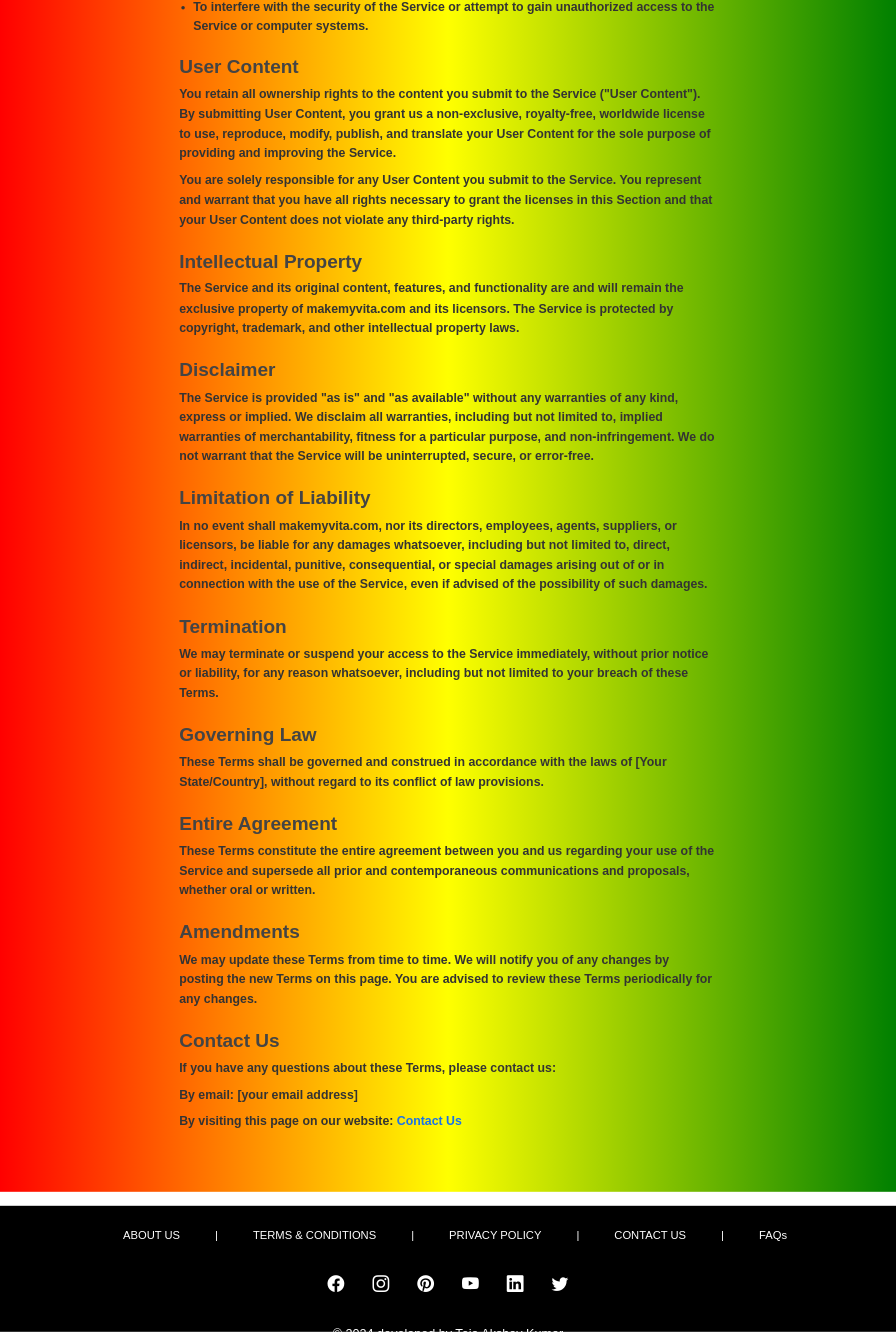
Repository: Tejaakshaykumar/MakeMyVita-Resume-Builder-Website
Page: /T&C (app in frontend/)
The author's editor kept a copy of each file at every save. The page is drawn from the files as they stood at one save, then again after the next save.
The browser window is 1280 px wide. The pictures show the part of the page from y = 1041 to 2961 px (the page is 2961 px tall before and 2936 px after), at 70% of full size.
Some web libraries are served in a nearby version. The project was rebuilt for these pictures with package versions that can differ from the ones it lists, and the page was loaded fresh each time. Also part of the build but not shown: frontend/src/App.css, frontend/src/containers/About.js, frontend/src/containers/Buildresume.js, frontend/src/containers/Images.js, frontend/src/containers/Features.js, frontend/src/containers/Review.js, frontend/src/containers/Trybox.js, frontend/src/containers/Motionbox.js and 5 more.

Above is the page before, as saved 2024-06-10 11:42:36.

### frontend/public/index.html
<!DOCTYPE html>
<html lang="en">
  <head>
    <meta charset="utf-8" />
    <link rel="icon" href="%PUBLIC_URL%/favicon.ico" />
    <meta name="viewport" content="width=device-width, initial-scale=1" />
    <meta name="theme-color" content="#000000" />
    <meta
      name="description"
      content="Web site created using create-react-app"
    />
    <link rel="apple-touch-icon" href="%PUBLIC_URL%/logo192.png" />
    <!--
      manifest.json provides metadata used when your web app is installed on a
      user's mobile device or desktop. See https://developers.google.com/web/fundamentals/web-app-manifest/
    -->
    <link rel="manifest" href="%PUBLIC_URL%/manifest.json" />
    <link rel="stylesheet" href="https://stackpath.bootstrapcdn.com/bootstrap/4.5.2/css/bootstrap.min.css">
  <link rel="stylesheet" href="https://stackpath.bootstrapcdn.com/font-awesome/4.7.0/css/font-awesome.min.css">
  <link href="https://cdn.jsdelivr.net/npm/bootstrap@5.3.3/dist/css/bootstrap.min.css" rel="stylesheet" integrity="sha384-QWTKZyjpPEjISv5WaRU9OFeRpok6YctnYmDr5pNlyT2bRjXh0JMhjY6hW+ALEwIH" crossorigin="anonymous">
  <link href="https://cdn.jsdelivr.net/npm/bootstrap-icons@1.7.2/font/bootstrap-icons.css" rel="stylesheet">
    <!--
      Notice the use of %PUBLIC_URL% in the tags above.
      It will be replaced with the URL of the `public` folder during the build.
      Only files inside the `public` folder can be referenced from the HTML.

      Unlike "/favicon.ico" or "favicon.ico", "%PUBLIC_URL%/favicon.ico" will
      work correctly both with client-side routing and a non-root public URL.
      Learn how to configure a non-root public URL by running `npm run build`.
    -->
    <title>React App</title>
  </head>
  <body>
    <noscript>You need to enable JavaScript to run this app.</noscript>
    <div id="root"></div>
    <!--
      This HTML file is a template.
      If you open it directly in the browser, you will see an empty page.

      You can add webfonts, meta tags, or analytics to this file.
      The build step will place the bundled scripts into the <body> tag.

      To begin the development, run `npm start` or `yarn start`.
      To create a production bundle, use `npm run build` or `yarn build`.
    -->
  </body>
  <script src="https://cdn.jsdelivr.net/npm/bootstrap@5.3.3/dist/js/bootstrap.bundle.min.js" integrity="sha384-YvpcrYf0tY3lHB60NNkmXc5s9fDVZLESaAA55NDzOxhy9GkcIdslK1eN7N6jIeHz" crossorigin="anonymous"></script>
</html>

### frontend/src/containers/Navbar.js
import React from 'react';
import { useNavigate } from 'react-router-dom';
import logo from '../images/HubSpot Brand Kit/Logo/PNG/main-logo-white-transparent.png';
export default function Navbar() {
  const navigate = useNavigate();
  const handleSigninClick = () => {
    navigate('/signin');
  };
  return (
    <div>

      <nav className="navbar fixed-top navbar-expand-lg bg-body-tertiary" data-bs-theme="dark" >
      <div className="container-fluid" >
        <a className="navbar-brand" href="/">
        <img src={logo} alt="Logo" style={{height:'5vh',width:'15vh',objectFit:'cover'}} />
        </a>
        <button
          className="navbar-toggler"
          type="button"
          data-bs-toggle="collapse"
          data-bs-target="#navbarSupportedContent"
          aria-controls="navbarSupportedContent"
          aria-expanded="false"
          aria-label="Toggle navigation"
        >
          <span className="navbar-toggler-icon" />
        </button>
        <div className="collapse navbar-collapse" id="navbarSupportedContent">
          <ul className="navbar-nav me-auto mb-2 mb-lg-0">
            <li className="nav-item">
              <a className="nav-link active" aria-current="page" href="/">
                Home
              </a>
            </li>
            <li className="nav-item">
              <a className="nav-link active" aria-current="page" href="#">
                ContactUs
              </a>
            </li>
            <li className="nav-item">
              <a className="nav-link active" aria-current="page" href="/FAQ">
                FAQ
              </a>
            </li>
          </ul>
          <form className="d-flex">
            <button className=" btn btn-outline-success custom-btn" type="submit" onClick={handleSigninClick}>
            &nbsp;&nbsp;&nbsp;&nbsp;&nbsp;Signin&nbsp;&nbsp;&nbsp;&nbsp;&nbsp;
            </button>
          </form>
        </div>
      </div>
    </nav>

    </div>
  );
}

### frontend/src/containers/Foot.js
import React from 'react';
import './cont.css'; // Import the CSS file

export default function Foot() {
  return (
    <footer>
      <div className="footer-container ">
        <ul className="footer-nav">
        <li className="nav-item">
            <a className="nav-link" href="/aboutus">
              ABOUT US
            </a>
          </li>
          <>|</>
          <li className="nav-item">
            <a className="nav-link" href="/T&C">
              TERMS & CONDITIONS
            </a>
          </li>
          <>|</>
        <li className="nav-item">
            <a className="nav-link" href="/privacy">
              PRIVACY POLICY
            </a>
          </li>
          <>|</>
          <li className="nav-item">
            <a className="nav-link" href="#">
              CONTACT US
            </a>
          </li>
          <>|</>
          <li className="nav-item">
            <a className="nav-link" href="/FAQ">
              FAQs
            </a>
          </li>
        </ul>
        <div class="social-icons">
        <a href="https://www.facebook.com" target="_blank" aria-label="Facebook">
          <i class="bi bi-facebook"></i>
        </a>
        <a href="https://www.instagram.com" target="_blank" aria-label="Instagram">
          <i class="bi bi-instagram"></i>
        </a>
        <a href="https://www.pinterest.com" target="_blank" aria-label="Pinterest">
          <i class="bi bi-pinterest"></i>
        </a>
        <a href="https://www.youtube.com" target="_blank" aria-label="YouTube">
          <i class="bi bi-youtube"></i>
        </a>
        <a href="https://www.linkedin.com" target="_blank" aria-label="LinkedIn">
          <i class="bi bi-linkedin"></i>
        </a>
        <a href="https://www.twitter.com" target="_blank" aria-label="Twitter">
          <i class="bi bi-twitter"></i>
        </a>
      </div>
      <div className="footer-copy">
          &copy; 2024 developed by Teja Akshay Kumar
      </div>
      </div>
    </footer>
  );
}

### frontend/src/containers/cont.css
/* navbar */
.custom-btn {
  color: white;
}
.custom-btn:hover {
  color: black;
  background-color: white;
}

.footer-container {
  height: 25vh;
  width: 100%;
  background-color: rgb(0, 0, 0);
  color: white;
  display: flex;
  flex-direction: column;
  align-items: center;
  /* padding-bottom: 3%; */
  /* justify-content: center; */
}

.footer-nav {
  display: flex;
  list-style: none;
  padding-top: 30px;
  margin: 0;
}

.footer-nav .nav-item {
  margin: 0 50px;
}

.footer-nav .nav-item .nav-link {
  color: white;
  text-decoration: none;
  /* text-transform: uppercase; */
  /* text-decoration: underline; */
}

.footer-nav .nav-item .nav-link:hover {
  text-decoration: underline;
}

.footer-copy {
  /* padding-top: 5%; */
  text-align: center;
  font-size: large;
  font-weight: 500;
  /* padding-bottom: 3%; */
}

.social-icons {
  display: flex;
  justify-content: center;
  gap: 40px;
  padding: 40px;
  /* background-color: #f0f0f0; */
}

.social-icons a {
  color: #ffffff;
  font-size: 24px;
  text-decoration: none;
}

.social-icons a:hover {
  color: #007bff;
}

/* Features */

.feature-component {
  height: 90vh;
  width: 100%;
  display: flex;
  justify-content: flex-start;
  flex-wrap: wrap;
  margin-top: 10%;
  padding-left: 8%;
  padding-right: 8%;
}
.feature {
  flex: 1 1 30%;
  box-sizing: border-box;
  padding: 20px;
  margin: 10px;
  text-align: center;
  background-color: #fff;
  border-radius: 8px;
  /* box-shadow: 0 4px 8px rgba(0, 0, 0, 0.1); */
}

.feature img {
  width: 60px;
  height:80px;
  margin-bottom: 10px;
}

.feature h3 {
  font-size: 1.5em;
  margin-bottom: 10px;
  font-weight: 500;
  font-family:'Franklin Gothic Medium', 'Arial Narrow', Arial, sans-serif;
}

.feature p {
  font-size: 1.3em;
  color: #666;
  font-weight: 400;
  font-family: 'Gill Sans', 'Gill Sans MT', Calibri, 'Trebuchet MS', sans-serif;
}

.feature:hover {
  background: linear-gradient(to right, #fd4908, #1e90ff);
  box-shadow: black;
  border-radius: 5%;
  color: rgb(255, 255, 255);
}

.feature:hover h3,
.feature:hover p {
  color: rgb(255, 255, 255);
}

/* About */
.resume-builder-container {
  display: flex;
  flex-direction: row;
  justify-content: space-between;
  align-items: center;
  padding: 10vh;
  /* background-color: #fff; */
  background: linear-gradient(to right, #84eefc, #ffffff, #ffffff);
  /* background:linear-gradient(to left, #00e1ff,#ffffff, #ffffff); */
  /* border: 1px solid #ddd; */
  /* border-radius: 8px; */
  /* box-shadow: 0 2px 4px rgba(0, 0, 0, 0.1); */
  height: 80vh;
}

.resume-builder-container1 {
  display: flex;
  flex-direction: row;
  justify-content: space-between;
  align-items: center;
  padding: 10vh;
  height: 80vh;
  background: linear-gradient(to top, #ffffff, #59CE8F,#E8F9FD, #ffffff);
}

/* .resume-builder-image {
    -webkit-mask-image: radial-gradient(circle, rgba(0, 0, 0, 1) 50%, rgba(0, 0, 0, 0) 90%);
    mask-image: radial-gradient(circle, rgba(0, 0, 0, 1) 50%, rgba(0, 0, 0, 0) 90%);
  }
   */
.resume-builder-content {
  max-width: 60%;
  padding: 10%;
}

.resume-builder-content1 {
  max-width: 70%;
  padding: 10%;
}

.resume-builder-content h1 {
  font-size: 4em;
  color: #333;
  margin-bottom: 10px;
  font-family: "Franklin Gothic Medium", "Arial Narrow", Arial, sans-serif;
  text-align: left;
}

.resume-builder-content p {
  font-size: 1.4em;
  font-weight: 400;
  color: #666;
  line-height: 1.5;
  margin-bottom: 20px;
  /* padding-left: 2%; */
  /* text-align: center; */
}

.resume-builder-content1 h1 {
  font-size: 4em;
  color: #333;
  margin-bottom: 10px;
  font-family: "Franklin Gothic Medium", "Arial Narrow", Arial, sans-serif;
  text-align: left;
}

.resume-builder-content1 p {
  font-size: 1.4em;
  font-weight: 400;
  color: #666;
  line-height: 1.5;
  margin-bottom: 20px;
  /* padding-left: 2%; */
  /* text-align: center; */
}

.aboutbutton {
  height: 6vh;
  width: 27%;
  margin-left: 20%;
  margin-top: 2%;
  text-align: center;
  font-weight: 500;
  border-radius: 7px;
  color: #ffffff;
  font-weight: 700;
  transition: background 0.3s ease;
  /* border-style:solid; */
  border-color: white;
  background: #3e14fc;
  box-shadow: 0 2px 6px rgba(24, 23, 23, 0.801);
  /* box-shadow: #3e14fc; */
}
.aboutbutton:hover {
  transition: background 0.3s ease;
  border-style: solid;
  background: linear-gradient(to right, #ffd000, #ff0000);
  box-shadow: #3e14fc;
}

.create-now-button {
  background-color: #00b0ff;
  color: #fff;
  border: none;
  padding: 10px 20px;
  font-size: 1em;
  border-radius: 5px;
  cursor: pointer;
}

.create-now-button:hover {
  background-color: #008cba;
}

.resume-builder-image {
  max-width: 40%;
}

.resume-builder-image img {
  max-width: 100%;
  height: auto;
  border-radius: 8px;
}

.text-gradient {
  background: linear-gradient(to right, #ff7f50, #1e90ff);
  -webkit-background-clip: text;
  -webkit-text-fill-color: transparent;
  background-clip: text;
  color: transparent;
}

.icon-container {
  width: 100%;
  height: 100px;
  overflow: hidden;
  white-space: nowrap;
  position: relative;
  background-color: #ffffff;
  padding-bottom: 25px;
}

.icons {
  display: inline-block;
  animation: moveIcons 40s linear infinite;
}

.icons img {
  font-size: 24px;
  margin: 0 15px; /* Add some margin between icons */
  color: #333;
  /* width: 100px; Adjust the size as needed */
  height: 50px;
}

@keyframes moveIcons {
  0% {
    transform: translateX(70%);
  }
  100% {
    transform: translateX(-100%);
  }
}

.try {
  height: 30vh;
  width: 100%;
  background-image: url("C:/Users/tejaa/Downloads/pexels-magda-ehlers-pexels-1279813.jpg");
  background-size: cover;
  align-items: center;
  display: flex;
  flex-direction: column;
  justify-content: center;
  margin-bottom: 7vh;
  margin-top: 5vh;
}

.try h2 {
  font-size: 280%;
  color: antiquewhite;
  text-shadow: 5px 5px 3px rgba(0, 0, 0, 0.3);
}
.try button {
  height: 4vh;
  width: 15%;
  font-weight: 700;
  border-radius: 5cm;
  color: blanchedalmond;
  border: #ffffff;
  background: linear-gradient(to right, #fd0808, #a51eff);
}

/* Review */
/* Styles for the main container */
/* Swiper specific styles */
/* #App {
  height: 100%;
}
html,
body {
  position: relative;
  height: 100%;
}

body {
  background: #eee;
  font-family: Helvetica Neue, Helvetica, Arial, sans-serif;
  font-size: 14px;
  color: #000;
  margin: 0;
  padding: 0;
} */
.swiper-container {
  /* position: relative; */
  height: 30vh;
  background: #ffffff;
  font-family: Helvetica Neue, Helvetica, Arial, sans-serif;
  font-size: 14px;
  color: #000;
  margin: 30px;
  padding: 10px;
  display: flex;
  flex-direction: row;
  justify-content: center;
}

.swiper {
  width: 100%;
  height: 100%;
}

.swiper-slide {
  text-align: center;
  font-size: 18px;
  background: #ffffff;
  display: flex;
  justify-content: center;
  align-items: center;
  padding-top: 20%;
  /* margin: 5%; */
}

.swiper-slide img {
  display: block;
  width: 100%;
  height: 100%;
  object-fit: cover;
}

.autoplay-progress {
  position: absolute;
  right: 16px;
  bottom: 16px;
  z-index: 10;
  width: 48px;
  height: 48px;
  display: flex;
  align-items: center;
  justify-content: center;
  font-weight: bold;
  color: var(--swiper-theme-color);
}

.autoplay-progress svg {
  --progress: 0;
  position: absolute;
  left: 0;
  top: 0px;
  z-index: 10;
  width: 100%;
  height: 100%;
  stroke-width: 4px;
  stroke: var(--swiper-theme-color);
  fill: none;
  stroke-dashoffset: calc(125.6px * (1 - var(--progress)));
  stroke-dasharray: 125.6;
  transform: rotate(-90deg);
}

### frontend/src/pages/pagestyles.css
/* TandC */
.tandc {
  background: linear-gradient(to right,red,yellow,green);
}
.tandc-container {
    max-width: 100%;
    /* margin: 0 auto; */
    padding: 6% 20%;
    font-family: Arial, sans-serif;
    color: #333;
    /* margin-top: 7%; */
  }

  .tandc-container h1 {
    text-align: center;
    margin-bottom: 20px;
    font-weight: 700;
    font-size: 5rem;
  }

  .tandc-container h2 {
    margin-top: 30px;
    color: #444;
    font-weight: 700;
    font-size: 1.7rem;
  }

  .tandc-container p {
    line-height: 1.6;
    font-weight: 600;
    font-size: 1.1rem;
  }

  .tandc-container ul {
    list-style-type: disc;
    padding-left: 20px;
    font-weight: 600;
    font-size: 1.1rem;
  }

  .tandc-container a {
    color: #1a73e8;
    text-decoration: none;
  }

  .tandc-container a:hover {
    text-decoration: underline;
  }


  /* Privacy */
  .privacy-container {
    max-width: 800px;
    margin: 0 auto;
    padding: 20px;
    font-family: 'Arial', sans-serif;
    color: #333;
    line-height: 1.6;
    background-color: #fff;
    border-radius: 8px;
    box-shadow: 0 0 10px rgba(0, 0, 0, 0.1);
  }

  h1 {
    text-align: center;
    color: #333;
    font-size: 2.5rem;
    margin-bottom: 20px;
  }

  h2 {
    color: #444;
    font-size: 1.75rem;
    margin-top: 20px;
  }

  h3 {
    color: #555;
    font-size: 1.5rem;
    margin-top: 15px;
  }

  p {
    margin-bottom: 10px;
  }

  ul {
    list-style-type: disc;
    padding-left: 20px;
  }

  a {
    color: #1a73e8;
    text-decoration: none;
  }

  a:hover {
    text-decoration: underline;
  }

  @media (max-width: 600px) {
    .privacy-container {
      padding: 10px;
    }

    h1 {
      font-size: 2rem;
    }

    h2 {
      font-size: 1.5rem;
    }

    h3 {
      font-size: 1.25rem;
    }
  }

  /* Aboutus */
  .about-container {
    font-family: 'Arial', sans-serif;
    color: #fff;
    max-width: 1200px;
    margin: 0 auto;
    padding: 20px;
    background-color: #000; /* For overall contrast, adjust as needed */
  }

  .about-top {
    position: relative;
    text-align: center;
    color: white;
  }

  .about-image {
    width: 100%;
    height: auto;
    border-radius: 10px;
    opacity: 0.8;
  }

  .about-content {
    position: absolute;
    top: 50%;
    left: 50%;
    transform: translate(-50%, -50%);
    background-color: rgba(0, 0, 0, 0.5); /* Semi-transparent background */
    padding: 20px;
    border-radius: 10px;
    max-width: 90%;
    text-align: left;
  }

  .about-content h1 {
    font-size: 3rem;
    margin-bottom: 10px;
  }

  .about-content p {
    font-size: 1.2rem;
  }

  .about-bottom {
    background-color: #222;
    padding: 40px;
    border-radius: 10px;
    margin-top: 20px;
  }

  .about-bottom h2 {
    font-size: 2rem;
    margin-bottom: 20px;
  }

  .about-bottom p,
  .about-bottom ul {
    font-size: 1.2rem;
    line-height: 1.6;
  }

  .about-bottom ul {
    list-style-type: disc;
    padding-left: 20px;
  }

  .about-bottom h3 {
    font-size: 1.5rem;
    margin-top: 20px;
  }

  @media (max-width: 768px) {
    .about-content h1 {
      font-size: 2rem;
    }

    .about-content p {
      font-size: 1rem;
    }

    .about-bottom h2 {
      font-size: 1.5rem;
    }

    .about-bottom p,
    .about-bottom ul {
      font-size: 1rem;
    }
  }

  /* FAQ */
  /* styles.css */

/* body, html {
  margin: 0;
  padding: 0;
  font-family: Arial, sans-serif;
  background-color: #f7f7f7;
}

.app {
  display: flex;
  justify-content: center;
  align-items: center;
  min-height: 100vh;
  padding: 20px;
} */

.faq-container {
  background-color: white;
  padding: 20px;
  border-radius: 8px;
  max-width: 800px;
  width: 100%;
  box-shadow: 0 4px 8px rgba(0, 0, 0, 0.1);
}

.faq-container h1 {
  text-align: center;
  margin-bottom: 20px;
}

.faq-container input {
  width: 100%;
  padding: 10px;
  margin-bottom: 20px;
  border: 1px solid #ccc;
  border-radius: 4px;
}

.faq-list {
  max-height: 500px;
  overflow-y: auto;
}

.faq-item {
  border-bottom: 1px solid #eee;
  padding: 10px 0;
}

.faq-question {
  cursor: pointer;
  font-weight: bold;
}

.faq-answer {
  margin-top: 10px;
}

.related-articles {
  margin-top: 10px;
}

.related-articles h4 {
  margin-bottom: 5px;
}

.related-articles ul {
  padding-left: 20px;
  margin: 0;
}

.related-articles li {
  list-style-type: disc;
}



  /* Dashboard */
  body {
    font-family: Arial, sans-serif;
  }

  .sidebar {
    position: fixed;
    top: 0;
    bottom: 0;
    left: 0;
    z-index: 100;
    padding: 48px 0 0;
    box-shadow: inset -1px 0 0 rgba(0, 0, 0, .1);
  }

  .sidebar .nav-link {
    font-weight: 500;
    color: #333;
  }

  .sidebar .nav-link.active {
    color: #007bff;
  }

  .sidebar .nav-link:hover {
    color: #007bff;
  }

  .sidebar .sidebar-title {
    padding: 16px;
    font-size: 1.5rem;
    text-align: center;
  }

  .sidebar-footer {
    position: absolute;
    bottom: 0;
    width: 100%;
    padding: 16px;
    text-align: center;
  }

  .sidebar-footer .nav-link {
    color: #007bff;
  }

  .sidebar-footer .nav-link:hover {
    color: #0056b3;
  }

  .badge-new {
    background-color: #28a745;
    color: white;
    padding: 4px 8px;
    border-radius: 12px;
  }

  .card {
    margin-bottom: 1.5rem;
  }

  .card-title {
    font-size: 1.5rem;
    font-weight: bold;
  }

  .alert {
    margin-bottom: 0;
    font-size: 0.875rem;
  }

  @media (max-width: 767.98px) {
    .sidebar {
      position: relative;
      width: 100%;
      height: auto;
    }

    .sidebar .nav-link {
      font-size: 0.875rem;
    }
  }


  /* Signin */


  .signin {
    /* background: linear-gradient(45deg, #a1c4fd, #c2e9fb); */
    font-family: 'Arial', sans-serif;
    /* background:linear-gradient(to top,#000000,#5A72A0,#83B4FF,#FDFFE2); */
    background:linear-gradient(to top,#000000,#243763);
    /* background:linear-gradient(to top,#000000,#E96479,#F5E9CF,#c4fffd); */

    height: 100vh;
    display: flex;
    justify-content: center;
    align-items: center;
    margin-bottom: -2%;
  }

  .signin-container {
    text-align: center;

  }

  .signin-box {
    background: #fff;
    padding: 40px;
    border-radius: 8px;
    box-shadow: 0px 0px 20px rgba(0, 0, 0, 0.301);
    width: 500px;
    max-width: 90%;
  }

  .signin-header h2 {
    font-size: 24px;
    font-weight: 700;
    margin-bottom: 10px;
  }

  .signin-header p {
    font-size: 14px;
    color: #777;
    margin-bottom: 20px;
  }

  .form-group {
    margin-bottom: 15px;
  }

  .form-group label {
    display: block;
    text-align: left;
    margin-bottom: 5px;
  }

  .form-control {
    width: 100%;
    padding: 10px;
    border: 1px solid #ccc;
    border-radius: 4px;
    box-sizing: border-box;
  }

  .input-group {
    display: flex;
    align-items: center;
  }

  .input-group-append {
    background: #fff;
    border: 1px solid #ccc;
    border-left: 0;
    padding: 10px;
    border-radius: 0 4px 4px 0;
    cursor: pointer;
  }

  .form-check {
    display: flex;
    align-items: center;
    justify-content: space-between;
    margin: 20px 0;
  }

  .form-check-input {
    margin-right: 10px;
  }

  .form-check-label {
    margin-right: auto;
  }

  .forgot-password {
    color: #000;
    text-decoration: none;
  }

  .btn {
    width: 100%;
    padding: 10px;
    border: none;
    border-radius: 4px;
    cursor: pointer;
    font-size: 16px;
    font-weight: bold;
  }

  .btn-primary {
    background: #000;
    color: #fff;
  }

  .or-use {
    margin: 20px 0;
  }

  .or-use span {
    background: #fff;
    padding: 0 10px;
    color: #777;
  }

  .social-login {
    display: flex;
    justify-content: center;
    margin: 20px 0;
  }

  .social-login button {
    margin: 0 10px;
    width: 50px;
    height: 50px;
    border-radius: 50%;
    border: 1px solid #ccc;
    display: inline-flex;
    justify-content: center;
    align-items: center;
    background: #fff;
    cursor: pointer;
  }

  footer {
    margin-top: 20px;
  }

  footer p {
    font-size: 14px;
    color: #777;
  }

Loaded but not shown: frontend/src/index.js (common file); frontend/src/index.css (common file); frontend/src/reportWebVitals.js (common file); frontend/src/pages/TandC.js (108 lines, source omitted); frontend/src/App.js (99 lines, source omitted)

After the next save:
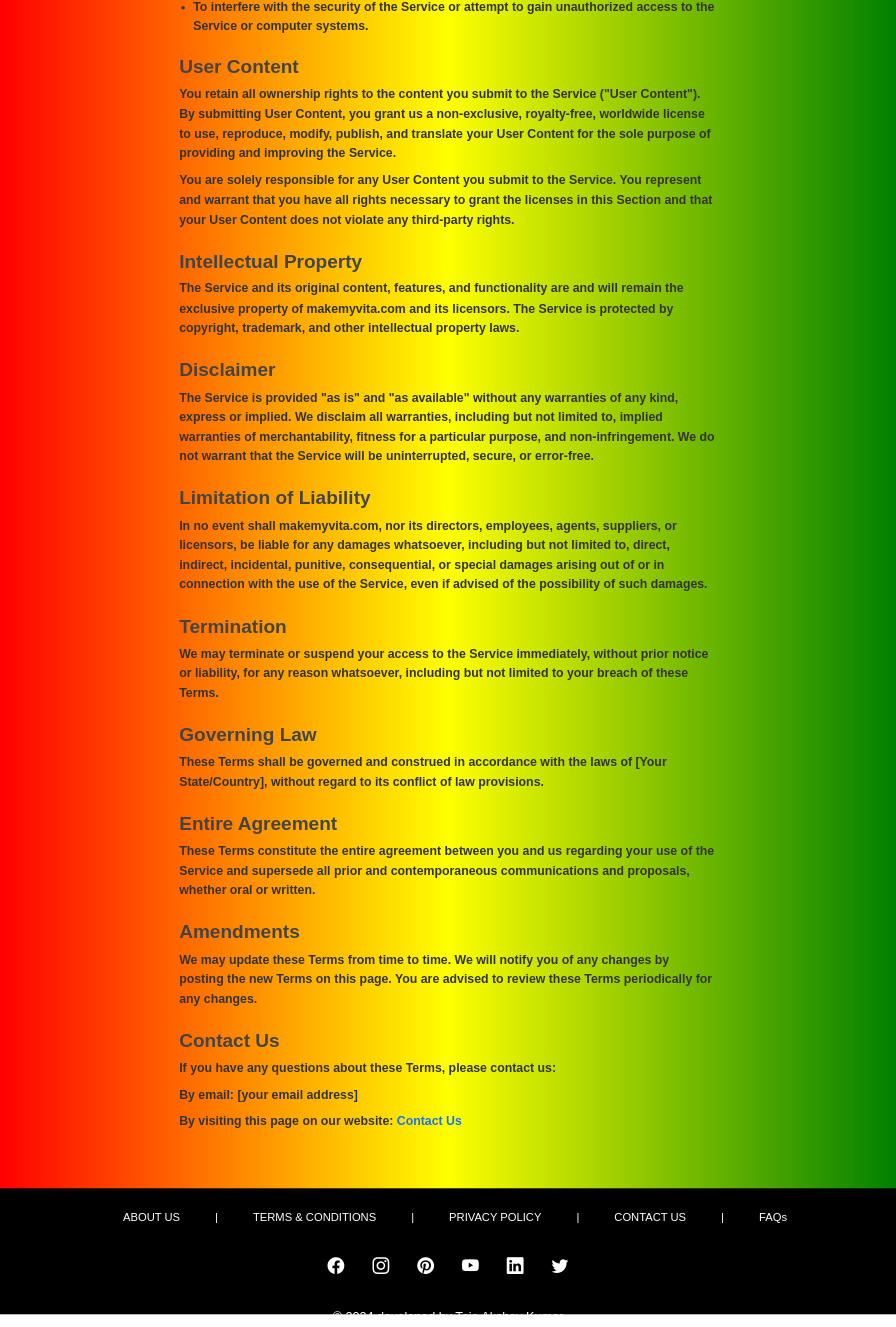
Saved 77 s later.
--- a/frontend/src/pages/pagestyles.css
+++ b/frontend/src/pages/pagestyles.css
@@ -1,6 +1,7 @@
 /* TandC */
 .tandc {
   background: linear-gradient(to right,red,yellow,green);
+  margin-bottom: -2%;
 }
 .tandc-container {
     max-width: 100%;
